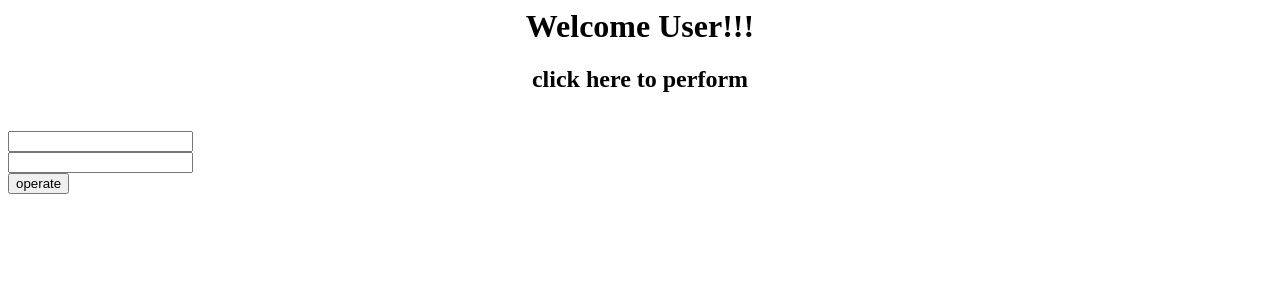
Repository: Rahul1488/servlets
Page: http://localhost/jspproject/
An editor plug-in stored every save of this project. The page is shown before and after the next save, followed by the edit.
The browser window is 1280 px wide. The pictures show the whole page.
The page is served by Tomcat 9.

Above is the page before, as saved 2021-12-31 04:04:40.

### jspproject/src/main/webapp/index.jsp
<html>
<body>

 <h1 align="center">Welcome User!!!</h1>
<form action="./number.jsp"><h2 align="center">click here to perform</h2>
<br>
<input type="text" name="number1">
<br>
<input type="text" name="number2">
<br>
<input type="submit" value="operate">
</form>
</body>
</html>

After the next save:
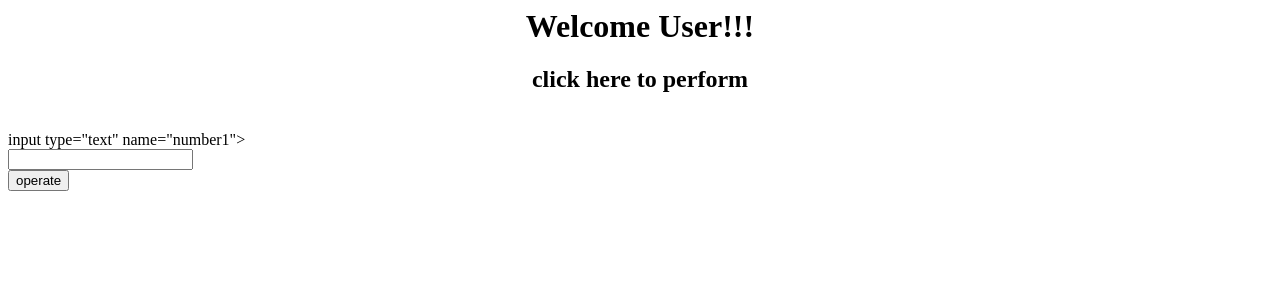
Saved 30 s later.
--- a/jspproject/src/main/webapp/index.jsp
+++ b/jspproject/src/main/webapp/index.jsp
@@ -4,7 +4,7 @@
  <h1 align="center">Welcome User!!!</h1>
 <form action="./number.jsp"><h2 align="center">click here to perform</h2>
 <br>
-<input type="text" name="number1">
+ input type="text" name="number1">
 <br>
 <input type="text" name="number2">
 <br>

After the save that followed:
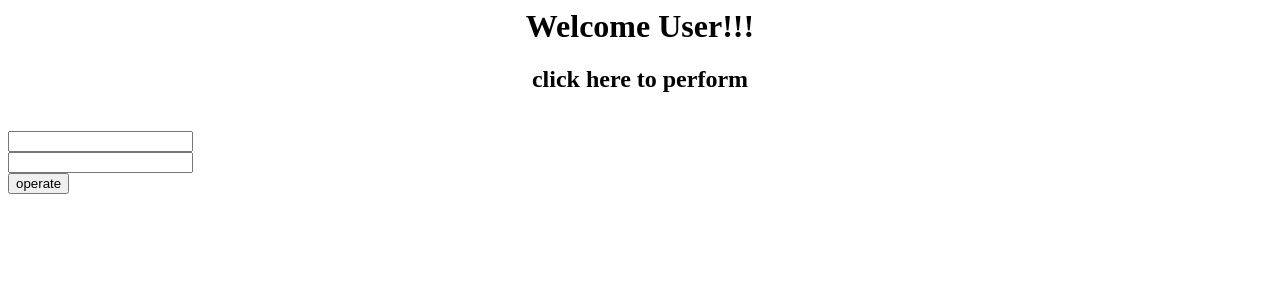
Saved 11 s later.
--- a/jspproject/src/main/webapp/index.jsp
+++ b/jspproject/src/main/webapp/index.jsp
@@ -4,7 +4,7 @@
  <h1 align="center">Welcome User!!!</h1>
 <form action="./number.jsp"><h2 align="center">click here to perform</h2>
 <br>
- input type="text" name="number1">
+<input type="text" name="number1">
 <br>
 <input type="text" name="number2">
 <br>
